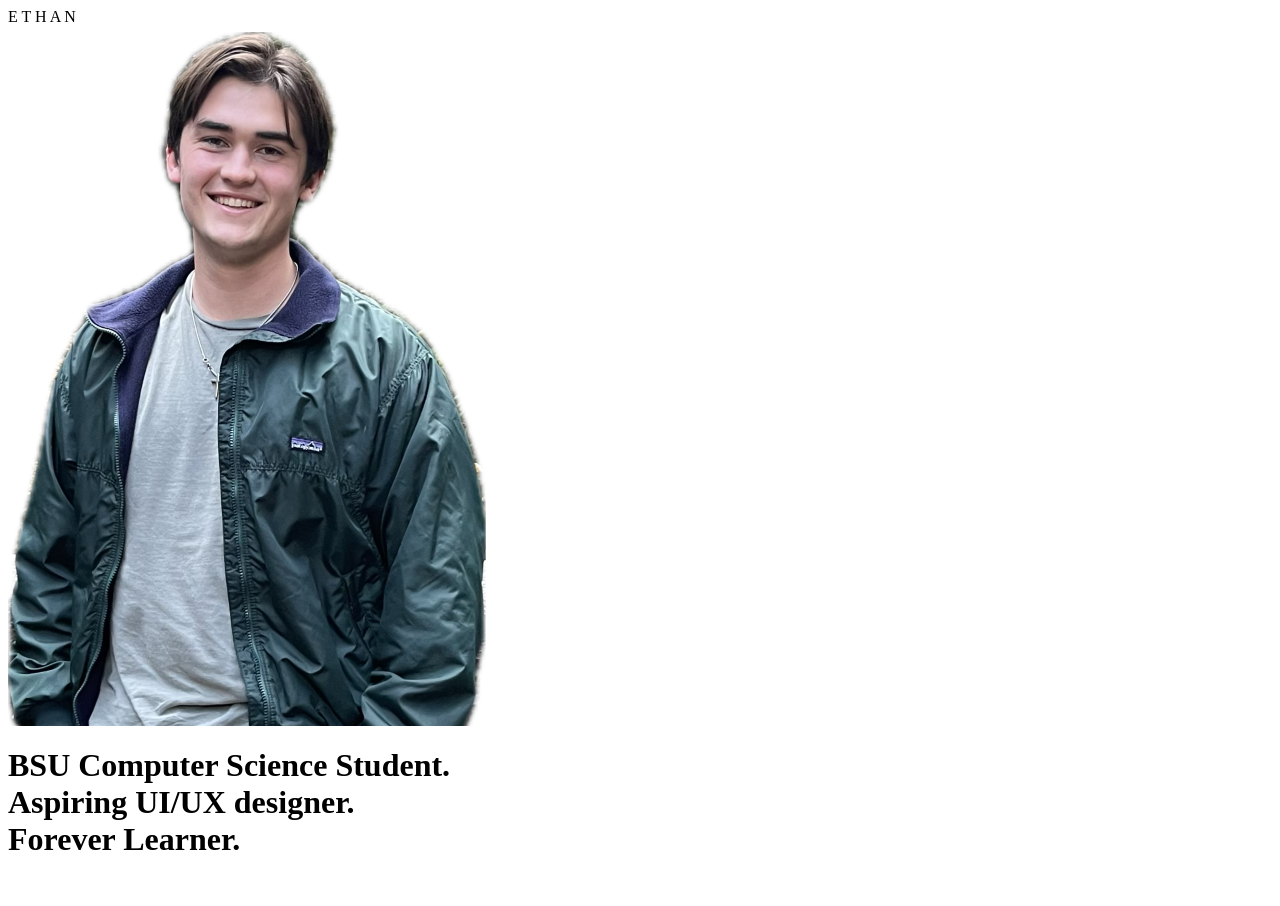
Repository: eghere-bsu/ethanghere-website
Page: home.html
An editor plug-in stored every save of this project. The page is shown before and after the next save, followed by the edit.
The browser window is 1280 px wide. The pictures show the whole page.

Above is the page before, as saved 2023-11-06 20:29:39.

### home.html
<span>
<div class="slanted-div">
<div class="row">
   <div class="column hero-l left">
      <div class="name">
         <span>E</span>
         <span>T</span>
         <span>H</span>
         <span>A</span>
         <span>N</span>
      </div>
   </div>
   <div class="column hero-m middle">
      <img src="assets/me.png" height=700vh alt="A photo of Ethan Ghere">
   </div>
   <div class="column hero-r right">
      <h1>BSU Computer Science Student.<br>
         Aspiring UI/UX designer.<br>
         Forever Learner.</h1>
   </div>
</div>
</div>
<br></span>

After the next save:
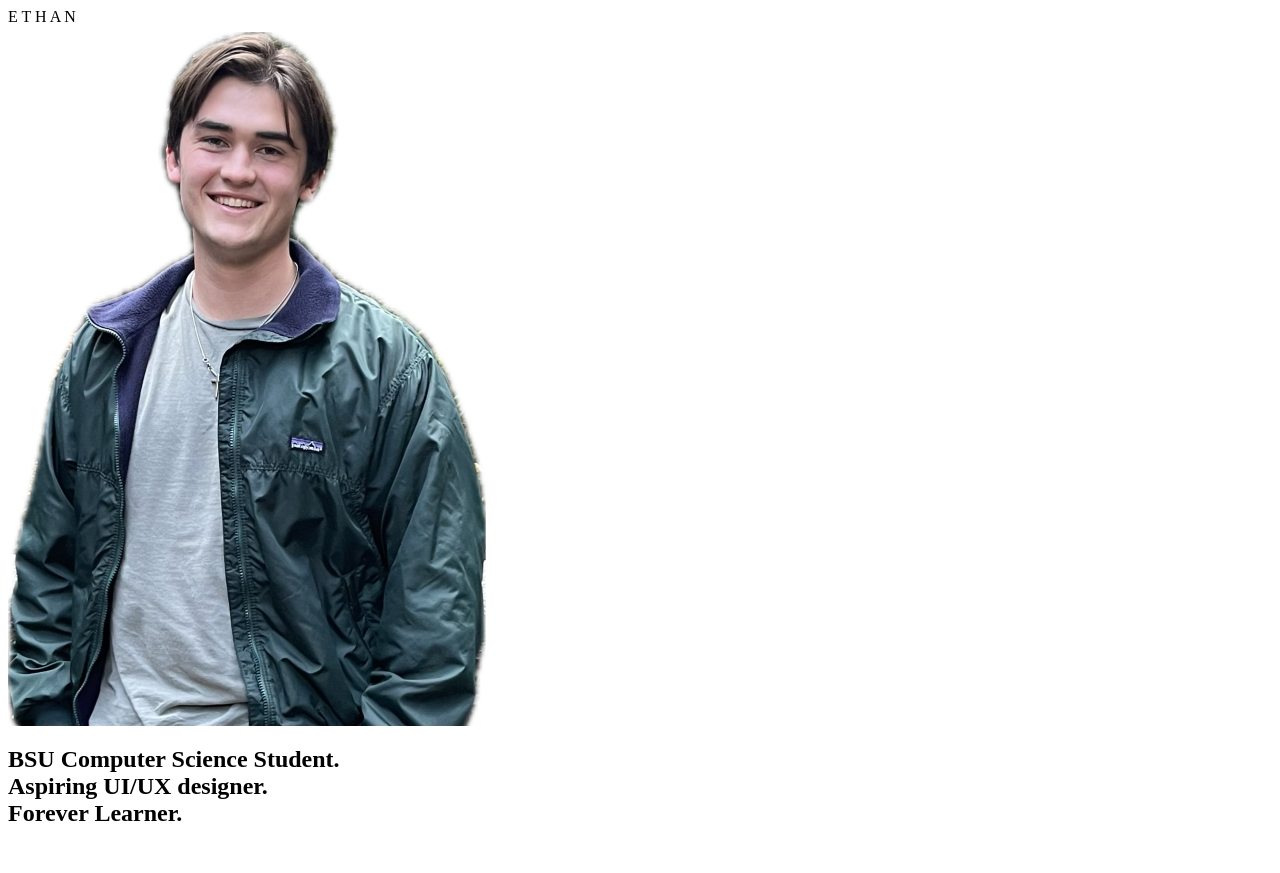
Saved 26 s later.
--- a/home.html
+++ b/home.html
@@ -1,5 +1,4 @@
-<span>
-<div class="slanted-div">
+<section class="slanted-div">
 <div class="row">
    <div class="column hero-l left">
       <div class="name">
